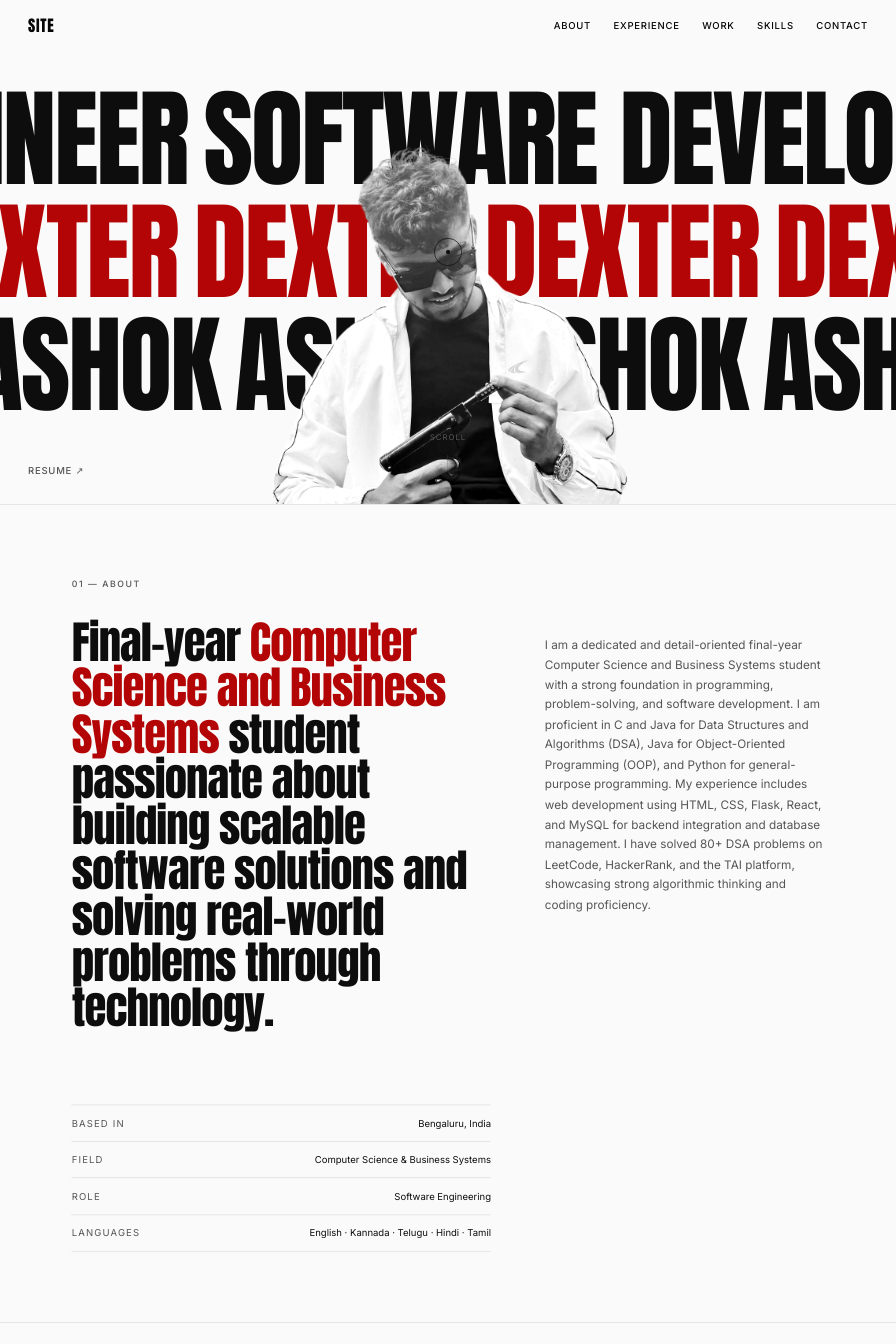
Repository: Ashok-B24/Dexter-portfolio
Page: /
These files come from the project's save history. The page is drawn as it stood at one moment and after the next save; the edit follows.
The browser window is 1280 px wide. The pictures show the part of the page from y = 0 to 1920 px (the page is 4826 px tall before and 4732 px after), at 70% of full size.
The project was rebuilt for these pictures with package versions that can differ from the ones it lists, and the page was loaded fresh each time. Also part of the build but not shown: vite.config.js.

Above is the page before, as saved 2026-07-28 20:33:57.

### index.html
<!doctype html>
<html lang="en">
  <head>
    <meta charset="UTF-8" />
    <meta name="viewport" content="width=device-width, initial-scale=1.0" />
    <title>Portfolio</title>
    <link rel="preconnect" href="https://fonts.googleapis.com">
    <link rel="preconnect" href="https://fonts.gstatic.com" crossorigin>
    <link href="https://fonts.googleapis.com/css2?family=Anton&family=Inter:wght@400;500&display=swap" rel="stylesheet">
  </head>
  <body>
    <div id="root"></div>
    <script type="module" src="/src/main.jsx"></script>
  </body>
</html>

### src/main.jsx
import ReactDOM from 'react-dom/client'
import App from './App'
import './App.css'

ReactDOM.createRoot(document.getElementById('root')).render(<App />)

### src/App.jsx
import { useEffect } from 'react'
import Lenis from '@studio-freight/lenis'
import Nav from './components/Nav'
import Hero from './components/Hero'
import About from './components/About'
import Experience from './components/Experience'
import Work from './components/Work'
import Capabilities from './components/Capabilities'
import Contact from './components/Contact'
import Cursor from './components/Cursor'

export default function App() {
  useEffect(() => {
    const lenis = new Lenis({ duration: 1.2, easing: t => Math.min(1, 1.001 - 2 ** (-10 * t)), smoothWheel: true })
    function raf(time) { lenis.raf(time); requestAnimationFrame(raf) }
    requestAnimationFrame(raf)

    window.__lenis = lenis

    return () => { lenis.destroy(); delete window.__lenis }
  }, [])

  return (
    <>
      <Nav />
      <main>
        <Hero />
        <About />
        <Experience />
        <Work />
        <Capabilities />
        <Contact />
      </main>
      <Cursor />
    </>
  )
}

### src/components/Nav.jsx
import { useEffect, useRef } from 'react'
import gsap from 'gsap'

export default function Nav() {
  const navRef = useRef(null)

  useEffect(() => {
    const nav = navRef.current
    if (!nav) return

    const tl = gsap.timeline({ paused: true })
    tl.to(nav, { y: '-100%', duration: 0.4, ease: 'power2.inOut' })

    let oldScroll = 0

    function onScroll() {
      const lenis = window.__lenis
      if (!lenis) return

      const thisScroll = lenis.scroll
      if (thisScroll > oldScroll && thisScroll > 60) {
        tl.timeScale(1.2).play()
      } else if (thisScroll < oldScroll) {
        tl.timeScale(1.5).reverse()
      }
      oldScroll = thisScroll
    }

    if (window.__lenis) {
      window.__lenis.on('scroll', onScroll)
    }

    return () => {
      tl.kill()
      if (window.__lenis) window.__lenis.off('scroll', onScroll)
    }
  }, [])

  return (
    <nav className="nav" ref={navRef}>
      <div className="nav__inner">
        <a className="nav__logo" href="#">SITE</a>
        <div className="nav__links">
          <a href="#about" data-cursor="View">About</a>
          <a href="#experience" data-cursor="View">Experience</a>
          <a href="#work" data-cursor="View">Work</a>
          <a href="#capabilities" data-cursor="View">Skills</a>
          <a href="#contact" data-cursor="View">Contact</a>
        </div>
      </div>
    </nav>
  )
}

### src/components/Hero.jsx
import { useEffect, useRef } from 'react'
import gsap from 'gsap'

const TRACKS = [
  { dir: 'left',  speed: 8,  text: 'Software Developer Engineer' },
  { dir: 'right', speed: 10, text: 'Dexter' },
  { dir: 'left',  speed: 6,  text: 'Ashok' },
]

export default function Hero() {
  const heroRef = useRef(null)

  useEffect(() => {
    const hero = heroRef.current
    if (!hero) return

    let ctx

    function start() {
      const inners = hero.querySelectorAll('.hero__track-inner')
      if (inners.length === 0) { setTimeout(start, 200); return }

      ctx = gsap.context(() => {
        inners.forEach(inner => {
          const spans = inner.querySelectorAll('span')
          if (spans.length < 2) return

          const w = spans[0].offsetWidth
          if (w === 0) return

          const right = inner.classList.contains('hero__track-inner--right')
          const s = parseFloat(inner.getAttribute('data-speed')) || 8

          gsap.fromTo(inner, { x: right ? -w : 0 }, { x: right ? 0 : -w, duration: s, ease: 'none', repeat: -1 })
        })
      }, hero)
    }

    const race = []
    if (document.fonts && document.fonts.ready) race.push(document.fonts.ready)
    race.push(new Promise(r => setTimeout(r, 1500)))
    Promise.race(race).then(start)

    return () => { if (ctx) ctx.revert() }
  }, [])

  return (
    <section className="hero" ref={heroRef}>
      <div className="hero__marquee">
        {TRACKS.map((track, i) => (
          <div className="hero__track" key={i}>
            <div
              className={`hero__track-inner hero__track-inner--${track.dir}`}
              data-speed={track.speed}
            >
              {[0, 1, 2, 3].map(n => <span key={n}>{track.text}</span>)}
            </div>
          </div>
        ))}
      </div>

      <div className="hero__portrait">
        <img src={`${import.meta.env.BASE_URL}photo.png`} alt="Raghu" />
      </div>

      <a className="hero__resume" href="#">Resume ↗</a>

      <div className="hero__scroll">
        <span>Scroll</span>
        <div className="hero__scroll-line" />
      </div>
    </section>
  )
}

### src/components/About.jsx
const FACTS = [
  ['Based in', 'Bengaluru, India'],
  ['Field', 'Computer Science & Business Systems'],
  ['Role', 'Software Engineering'],
  ['Languages', 'English · Kannada · Telugu · Hindi · Tamil'],
]

export default function About() {
  return (
    <section id="about" className="section about">
      <div className="section__head">
        <span className="section__label">01 — About</span>
      </div>

      <div className="about__grid">
        <h2 className="about__headline">
          Final-year <em>Computer Science and Business Systems</em> student
          passionate about building scalable software solutions and solving
          real-world problems through technology.
        </h2>

        <p className="about__body">
          I am a dedicated and detail-oriented final-year Computer Science and
          Business Systems student with a strong foundation in programming,
          problem-solving, and software development. I am proficient in C and
          Java for Data Structures and Algorithms (DSA), Java for
          Object-Oriented Programming (OOP), and Python for general-purpose
          programming. My experience includes web development using HTML, CSS,
          Flask, React, and MySQL for backend integration and database
          management. I have solved 80+ DSA problems on LeetCode, HackerRank,
          and the TAI platform, showcasing strong algorithmic thinking and
          coding proficiency.
        </p>

        <dl className="about__facts">
          {FACTS.map(([k, v]) => (
            <div className="about__fact" key={k}>
              <dt>{k}</dt>
              <dd>{v}</dd>
            </div>
          ))}
        </dl>
      </div>
    </section>
  )
}

### src/components/Experience.jsx
const ROLES = [
  {
    period: 'Start Date — End Date',
    title: 'Job Title',
    org: 'Company Name · Location',
    desc: 'Brief description of your responsibilities, achievements, and impact in this role.',
  },
  {
    period: 'Start Date — End Date',
    title: 'Job Title',
    org: 'Company Name · Location',
    desc: 'Brief description of your responsibilities, achievements, and impact in this role.',
  },
  {
    period: 'Start Date — End Date',
    title: 'Job Title',
    org: 'Company Name · Location',
    desc: 'Brief description of your responsibilities, achievements, and impact in this role.',
  },
]

export default function Experience() {
  return (
    <section id="experience" className="section experience">
      <div className="section__head">
        <span className="section__label">02 — Experience</span>
      </div>

      <div className="experience__list">
        {ROLES.map((r, i) => (
          <article className="role" key={i}>
            <span className="role__period">{r.period}</span>
            <div className="role__main">
              <h3 className="role__title">{r.title}</h3>
              <span className="role__org">{r.org}</span>
              <p className="role__desc">{r.desc}</p>
            </div>
          </article>
        ))}
      </div>
    </section>
  )
}

### src/components/Work.jsx
const PROJECTS = [
  {
    title: 'Project Name',
    cat: 'Category',
    desc: 'A short description of the project, what it does, and the problem it solves.',
  },
  {
    title: 'Project Name',
    cat: 'Category',
    desc: 'A short description of the project, what it does, and the problem it solves.',
  },
  {
    title: 'Project Name',
    cat: 'Category',
    desc: 'A short description of the project, what it does, and the problem it solves.',
  },
  {
    title: 'Project Name',
    cat: 'Category',
    desc: 'A short description of the project, what it does, and the problem it solves.',
  },
]

export default function Work() {
  return (
    <section id="work" className="section work">
      <div className="section__head">
        <span className="section__label">03 — Selected Work</span>
      </div>

      <div className="work__list">
        {PROJECTS.map((p, i) => (
          <article className="project" key={i} data-cursor="View">
            <span className="project__index">{String(i + 1).padStart(2, '0')}</span>
            <div className="project__body">
              <h3 className="project__title">{p.title}</h3>
              <span className="project__cat">{p.cat}</span>
            </div>
            <p className="project__desc">{p.desc}</p>
          </article>
        ))}
      </div>
    </section>
  )
}

### src/components/Capabilities.jsx
const GROUPS = [
  {
    label: 'Category One',
    items: ['Skill', 'Skill', 'Skill', 'Skill'],
  },
  {
    label: 'Category Two',
    items: ['Skill', 'Skill', 'Skill'],
  },
  {
    label: 'Category Three',
    items: ['Skill', 'Skill', 'Skill'],
  },
]

export default function Capabilities() {
  return (
    <section id="capabilities" className="section capabilities">
      <div className="section__head">
        <span className="section__label">04 — Capabilities</span>
      </div>

      <div className="capabilities__grid">
        {GROUPS.map((g) => (
          <div className="cap-group" key={g.label}>
            <h3 className="cap-group__label">{g.label}</h3>
            <ul className="cap-group__items">
              {g.items.map((s) => (
                <li key={s}>{s}</li>
              ))}
            </ul>
          </div>
        ))}
      </div>
    </section>
  )
}

### src/components/Contact.jsx
export default function Contact() {
  return (
    <section id="contact" className="section contact">
      <div className="section__head">
        <span className="section__label">05 — Contact</span>
      </div>

      <h2 className="contact__headline">
        Let's build <em>something</em>
        <br />
        together →
      </h2>

      <div className="contact__rows">
        <a
          className="contact__row"
          href="mailto:ashokb2404@gmail.com"
          data-cursor="Email"
        >
          <span className="contact__key">Email</span>
          <span className="contact__val">ashokb2404@gmail.com</span>
        </a>

        <a
          className="contact__row"
          href="tel:+919986976276"
          data-cursor="Call"
        >
          <span className="contact__key">Phone</span>
          <span className="contact__val">+91 9986976276</span>
        </a>

        <div className="contact__row">
          <span className="contact__key">Location</span>
          <span className="contact__val">Bengaluru, India</span>
        </div>
      </div>

      <footer className="footer">
        <span>© {new Date().getFullYear()} Ashok B</span>
        <span>Built with React · Vite · GSAP</span>
      </footer>
    </section>
  )
}

### src/components/Cursor.jsx
import { useEffect, useRef } from 'react'

export default function Cursor() {
  const cursorRef = useRef(null)
  const dotRef = useRef(null)
  const labelRef = useRef(null)

  useEffect(() => {
    const cursor = cursorRef.current
    const dot = dotRef.current
    const label = labelRef.current
    if (!cursor || !dot) return

    let mX = window.innerWidth / 2
    let mY = window.innerHeight / 2
    let cX = mX
    let cY = mY
    let raf = null

    function onMove(e) { mX = e.clientX; mY = e.clientY }
    function onLeave() { cursor.style.opacity = '0'; dot.style.opacity = '0' }
    function onEnter() { cursor.style.opacity = '1'; dot.style.opacity = '1' }

    function animate() {
      cX += (mX - cX) * 0.15
      cY += (mY - cY) * 0.15
      cursor.style.left = cX + 'px'
      cursor.style.top = cY + 'px'
      dot.style.left = mX + 'px'
      dot.style.top = mY + 'px'
      raf = requestAnimationFrame(animate)
    }

    function onHover(e) {
      const t = e.target.closest('[data-cursor]')
      if (t) { cursor.classList.add('cursor--active'); if (label) label.textContent = t.dataset.cursor }
    }
    function onBlur(e) {
      const t = e.target.closest('[data-cursor]')
      if (t) { cursor.classList.remove('cursor--active') }
    }

    function onScroll() {
      if (window.__lenis) {
        const s = window.__lenis.scroll
        cY = mY - s
      }
      cursor.style.opacity = '0'
      dot.style.opacity = '0'
      clearTimeout(onScroll._timer)
      onScroll._timer = setTimeout(() => {
        if (document.hasFocus()) { cursor.style.opacity = '1'; dot.style.opacity = '1' }
      }, 200)
    }

    document.addEventListener('mousemove', onMove)
    document.addEventListener('mouseleave', onLeave)
    document.addEventListener('mouseenter', onEnter)
    document.addEventListener('mouseover', onHover)
    document.addEventListener('mouseout', onBlur)
    if (window.__lenis) window.__lenis.on('scroll', onScroll)
    raf = requestAnimationFrame(animate)

    return () => {
      document.removeEventListener('mousemove', onMove)
      document.removeEventListener('mouseleave', onLeave)
      document.removeEventListener('mouseenter', onEnter)
      document.removeEventListener('mouseover', onHover)
      document.removeEventListener('mouseout', onBlur)
      if (window.__lenis) window.__lenis.off('scroll', onScroll)
      cancelAnimationFrame(raf)
    }
  }, [])

  return (
    <>
      <div className="cursor" ref={cursorRef}>
        <span className="cursor__label" ref={labelRef} />
      </div>
      <div className="cursor__dot" ref={dotRef} />
    </>
  )
}

Loaded but not shown: src/App.css (793 lines, source omitted)

After the next save:
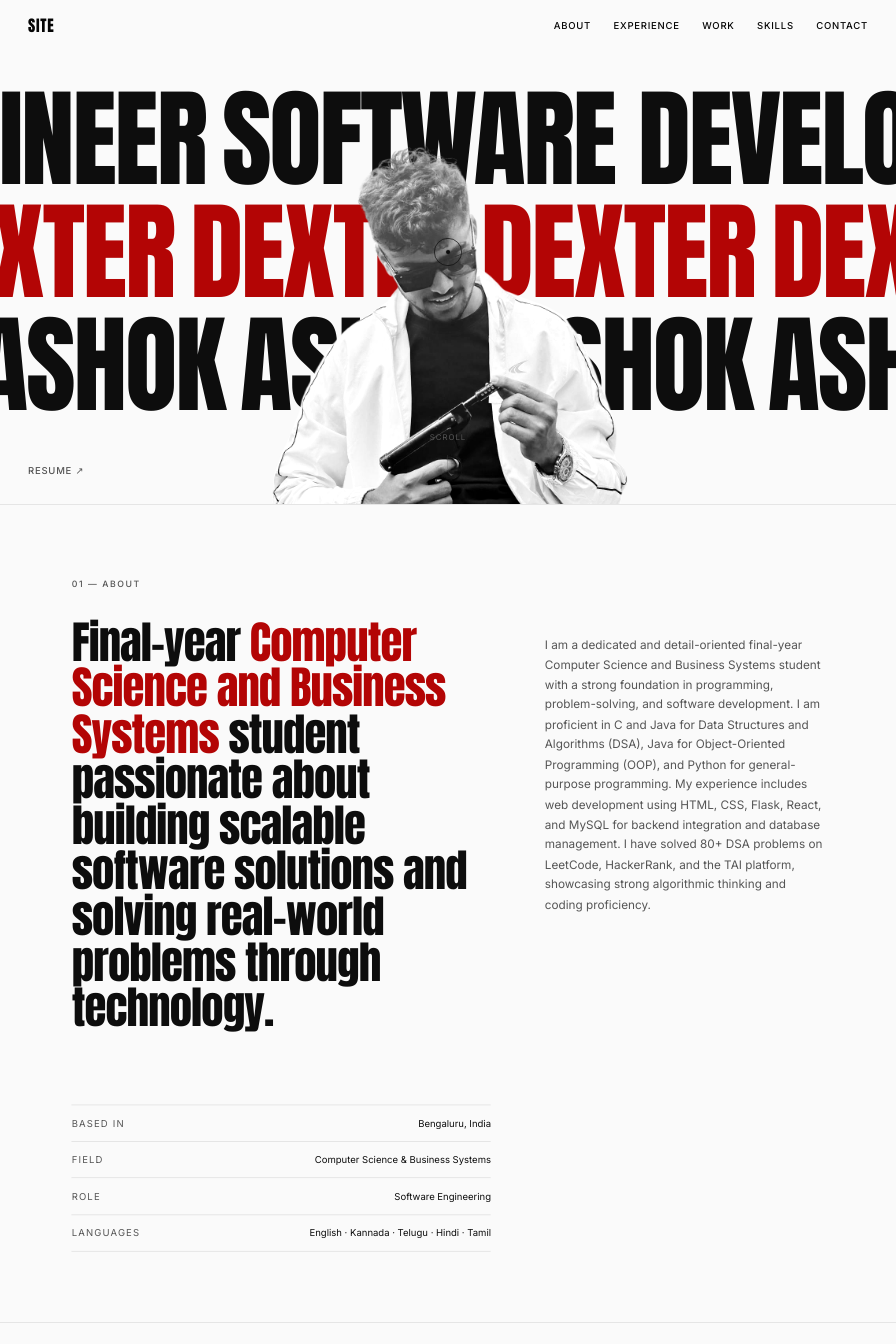
Saved 119 s later.
--- a/src/components/Experience.jsx
+++ b/src/components/Experience.jsx
@@ -1,21 +1,15 @@
 const ROLES = [
   {
-    period: 'Start Date — End Date',
-    title: 'Job Title',
-    org: 'Company Name · Location',
-    desc: 'Brief description of your responsibilities, achievements, and impact in this role.',
+    period: '2024 — PRESENT',
+    title: 'Software Engineering Intern',
+    org: 'Independent Projects & Freelance Work',
+    desc: 'Building polished web experiences with React, Vite, and modern frontend tooling while focusing on thoughtful interaction design and performance.',
   },
   {
-    period: 'Start Date — End Date',
-    title: 'Job Title',
-    org: 'Company Name · Location',
-    desc: 'Brief description of your responsibilities, achievements, and impact in this role.',
-  },
-  {
-    period: 'Start Date — End Date',
-    title: 'Job Title',
-    org: 'Company Name · Location',
-    desc: 'Brief description of your responsibilities, achievements, and impact in this role.',
+    period: '2023 — 2024',
+    title: 'Student Developer',
+    org: 'KSSEM',
+    desc: 'Worked on campus-focused web solutions, strengthened problem-solving skills through DSA practice, and explored full-stack concepts through hands-on projects.',
   },
 ]
 
@@ -30,9 +24,12 @@ export default function Experience() {
         {ROLES.map((r, i) => (
           <article className="role" key={i}>
             <span className="role__period">{r.period}</span>
+
             <div className="role__main">
               <h3 className="role__title">{r.title}</h3>
+
               <span className="role__org">{r.org}</span>
+
               <p className="role__desc">{r.desc}</p>
             </div>
           </article>
